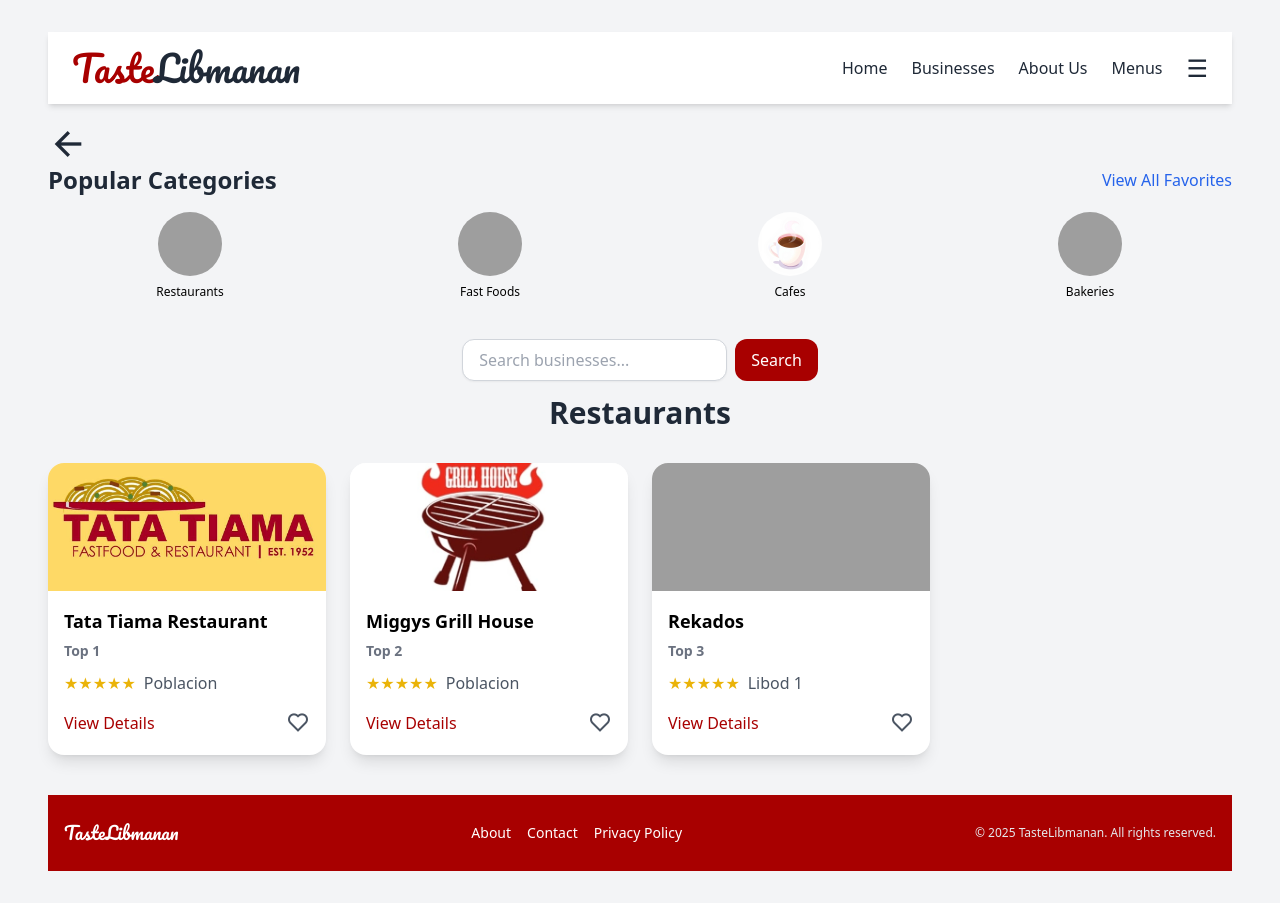
Repository: JomsCode21/Food-Mapping-and-Analytics
Page: http://localhost/tastelibmanan/fbusinessowner/categories.php?cat=restaurants
An editor plug-in stored every save of this project. The page is shown before and after the next save, followed by the edit.
The browser window is 1280 px wide. The pictures show the whole page.
Pictures or frames that could not be fetched are drawn as grey boxes. Some web libraries are served in a nearby version. The page is run by PHP 8.4 with error messages shown; the project is at /var/www/html/. The database holds what the project's SQL file puts in it.

Above is the page before, as saved 2025-07-31 14:53:14.
Console error: ReferenceError: categories is not defined

### fbusinessowner/categories.php
<?php
require_once '../db_con.php';
  // Fetch all businesses
$result = $conn->query("SELECT user_id, fb_name, fb_type, fb_address, fb_photo FROM fb_owner WHERE fb_type != '' AND fb_type IS NOT NULL");

// Group businesses by type
$categories = [
    'Restaurant' => [],
    'Fastfood' => [],
    'Cafe' => [],
    'Bakery' => []
];
foreach ($categories as $key => $value) {
    $categories[$key] = [];
}
while ($row = $result->fetch_assoc()) {
    if (isset($categories[$row['fb_type']])) {
        $categories[$row['fb_type']][] = $row;
    }
}
$cat = isset($_GET['cat']) ? $_GET['cat'] : '';

$category_map = [
    'restaurants' => 'Restaurant',
    'fastfoods' => 'Fastfood',
    'cafes' => 'Cafe',
    'bakery' => 'Bakery'
];

$businesses = [];
if (isset($category_map[$cat])) {
    $type = $category_map[$cat];
    $stmt = $conn->prepare("SELECT fb_name, fb_address, fb_photo, user_id FROM fb_owner WHERE fb_type = ?");
    $stmt->bind_param("s", $type);
    $stmt->execute();
    $result = $stmt->get_result();
    while ($row = $result->fetch_assoc()) {
        $businesses[] = $row;
    }
    $stmt->close();
}
?>

<!DOCTYPE html>
<html lang="en">
<head>
  <meta charset="UTF-8">
  <title>Category</title>
  <script src="https://cdn.tailwindcss.com"></script>
  <!-- Load TailwindCSS -->
  <script src="https://cdn.tailwindcss.com"></script>

  <!-- Tailwind Custom Config -->
  <script>
    tailwind.config = {
      theme: {
        extend: {
          colors: { primary: "#A80000", secondary: "#FF6B00" },
          borderRadius: {
            none: "0px",
            sm: "4px",
            DEFAULT: "8px",
            md: "12px",
            lg: "16px",
            xl: "20px",
            "2xl": "24px",
            "3xl": "32px",
            full: "9999px",
            button: "8px",
          },
        },
      },
    }
  </script>

  <script defer>
  function getCategoryFromUrl() {
    const params = new URLSearchParams(window.location.search);
    return params.get('cat');
  }

  function loadCategory() {
    const category = getCategoryFromUrl();
    const categories = {
      restaurants: {
        title: "Restaurants",

      },
      fastfoods: {
        title: "Fast Foods",

      },
      cafes: {
        title: "Cafes",

      },
      bakery: {
        title: "Bakeries",

      }
    };

    const data = categories[category];

    if (data) {
      document.getElementById('category-title').textContent = data.title;
      const container = document.getElementById('business-list');
      container.innerHTML = ""; // Clear previous content

      data.businesses.forEach(business => {
        const card = `
          <div class="bg-white shadow-lg rounded-lg overflow-hidden hover:shadow-xl transition-shadow duration-300">
            <img src="${business.image}" alt="${business.name}" class="w-full h-32 object-cover">
            <div class="p-4">
              <h4 class="font-semibold text-lg">${business.name}<br>${business.rank ? business.rank : ''}</h4>
              <div class="flex items-center space-x-2 mt-2">
                <span class="text-yellow-500">★★★★★</span>
                <span class="text-gray-600">${business.location}</span>
              </div>
              <div class="flex justify-between items-center mt-3">
                <a href="businessdetails.html?name=${encodeURIComponent(business.name)}" class="text-primary transition-transform duration-200 hover:scale-110">View Details</a>
                <!-- Heart Icon -->
                <button class="favorite-btn text-gray-600 hover:text-red-500">
                  <i class="ri-heart-line text-2xl"></i>
                </button>
              </div>
            </div>
          </div>
        `;
        container.innerHTML += card;
      });

      // Heart click functionality
      const heartButtons = document.querySelectorAll('.favorite-btn');
      heartButtons.forEach(button => {
        button.addEventListener('click', function () {
          const heartIcon = this.querySelector('i');
          if (heartIcon.classList.contains('ri-heart-line')) {
            heartIcon.classList.remove('ri-heart-line');
            heartIcon.classList.add('ri-heart-fill');
            heartIcon.style.color = 'red'; // Change color to red when filled
          } else {
            heartIcon.classList.remove('ri-heart-fill');
            heartIcon.classList.add('ri-heart-line');
            heartIcon.style.color = ''; // Revert color to default
          }
        });
      });

    } else {
      document.getElementById('category-title').textContent = "Please select a category icon above";
      document.getElementById('business-list').innerHTML = `<p class="text-center text-gray-600">No businesses found</p>`;
    }
  }
</script>
   <link rel="stylesheet" href="https://cdnjs.cloudflare.com/ajax/libs/remixicon/4.6.0/remixicon.min.css" />

   <script src="https://kit.fontawesome.com/YOUR_KIT_CODE.js" crossorigin="anonymous"></script>

   <!-- Google Fonts -->
   <link rel="preconnect" href="https://fonts.googleapis.com" />
   <link rel="preconnect" href="https://fonts.gstatic.com" crossorigin />
   <link href="https://fonts.googleapis.com/css2?family=Pacifico&display=swap" rel="stylesheet" />
   <link href="https://fonts.googleapis.com/css2?family=Inter:wght@300;400;500;600;700&display=swap" rel="stylesheet"/>

   <!-- Remix Icons -->
   <link rel="stylesheet" href="https://cdnjs.cloudflare.com/ajax/libs/remixicon/4.6.0/remixicon.min.css" />
 </head>

<body class="bg-gray-100 px-6 md:px-12 min-h-screen py-8 flex flex-col">
    <nav class="bg-white shadow-md px-6 py-4 flex items-center justify-between no-margin">
        <h1 class="font-['Pacifico'] text-4xl text-primary">Taste<span class="text-gray-800">Libmanan</span></h1>

        <div class="flex items-center space-x-6">
          <!-- Desktop Links -->
          <div class="hidden md:flex space-x-6">
            <a href="user.html" class="text-gray-800 hover:text-primary">Home</a>
            <a href="categories.html" class="text-gray-800 hover:text-primary">Businesses</a>
            <a href="#" class="text-gray-800 hover:text-primary">About Us</a>
            <a href="landing.html" class="text-gray-800 hover:text-primary">Menus</a>
          </div>

          <!-- Hamburger Menu -->
          <div class="relative">
            <button id="hamburger-btn" class="text-gray-800 text-2xl focus:outline-none hover:text-red-500">
              ☰
            </button>

            <!-- Mobile Menu -->
            <div id="mobile-menu" class="hidden absolute right-0 mt-2 w-48 bg-white shadow-lg rounded-lg py-2 z-50 opacity-0 visibility-hidden transition-all duration-300 ease-in-out">
              <a href="user.html" class="block px-4 py-2 text-gray-800 hover:bg-primary hover:text-white">Home</a>
              <a href="categories.html" class="block px-4 py-2 text-gray-800 hover:bg-primary hover:text-white">Businesses</a>
              <a href="#" class="block px-4 py-2 text-gray-800 hover:bg-primary hover:text-white">About Us</a>
              <a href="#" class="block px-4 py-2 text-gray-800 hover:bg-primary hover:text-white">Menus</a>
<a href="../logout.php" class="block px-4 py-2 text-gray-800 hover:bg-primary hover:text-white">Logout</a>            </div>
          </div>
        </div>
     </nav>
     <br>


     <a href="../users/user.php" class="text-gray-800 hover:text-primary">
      <i class="ri-arrow-left-line text-2xl" style="font-size: 40px;"></i>
  </a>

    <!-- Hamburger Menu Script -->
<script>
    const btn = document.getElementById('hamburger-btn');
    const menu = document.getElementById('mobile-menu');
    const menuItems = menu.querySelectorAll('a');

    btn.addEventListener('click', (event) => {
      event.stopPropagation();
      if (menu.classList.contains('hidden')) {
        menu.classList.remove('hidden');
        menu.classList.remove('opacity-0', 'visibility-hidden');
        menu.classList.add('opacity-100', 'visibility-visible');
      } else {
        menu.classList.remove('opacity-100', 'visibility-visible');
        menu.classList.add('opacity-0', 'visibility-hidden');
        setTimeout(() => {
          menu.classList.add('hidden');
        }, 300);
      }
    });

    document.addEventListener('click', (event) => {
      if (!menu.contains(event.target) && !btn.contains(event.target)) {
        menu.classList.remove('opacity-100', 'visibility-visible');
        menu.classList.add('opacity-0', 'visibility-hidden');
        setTimeout(() => {
          menu.classList.add('hidden');
        }, 300);
      }
    });

    menuItems.forEach(item => {
      item.addEventListener('click', (event) => {
        event.stopPropagation();
        menu.classList.remove('opacity-100', 'visibility-visible');
        menu.classList.add('opacity-0', 'visibility-hidden');
        setTimeout(() => {
          menu.classList.add('hidden');
        }, 300);
      });
    });
  </script>

</head>
<body>
  <div class="flex justify-between items-center mb-4">
    <h2 class="text-2xl font-bold text-gray-800">Popular Categories</h2>
    <button onclick="showFavorites()" class="text-blue-600 hover:underline font-medium">View All Favorites</button>
  </div>


    <!-- Main page -->
<div class="grid grid-cols-4 gap-4">
<a href="categories.php?cat=restaurants"class="text-center transform transition-transform duration-300 hover:scale-150">
<div class="w-16 h-16 mx-auto rounded-full overflow-hidden bg-gray-100 mb-2">
  <img src="../vendors/imgsource/restaurants.jpg" alt="Restaurants" class="w-full h-full object-cover">
</div>
<p class="text-xs">Restaurants</p>
</a>

<a href="categories.php?cat=fastfoods"class="text-center transform transition-transform duration-300 hover:scale-150">
<div class="w-16 h-16 mx-auto rounded-full overflow-hidden bg-gray-100 mb-2">
  <img src="../vendors/imgsource/fastfoods.jpg" alt="Fast Foods" class="w-full h-full object-cover">
</div>
<p class="text-xs">Fast Foods</p>
</a>

<a href="categories.php?cat=cafes" class="text-center transform transition-transform duration-300 hover:scale-150">
<div class="w-16 h-16 mx-auto rounded-full overflow-hidden bg-gray-100 mb-2">
  <img src="../vendors/imgsource/cafes.jpg" alt="Cafes" class="w-full h-full object-cover">
</div>
<p class="text-xs">Cafes</p>
</a>

<a href="categories.php?cat=bakery" class="text-center transform transition-transform duration-300 hover:scale-150">
<div class="w-16 h-16 mx-auto rounded-full overflow-hidden bg-gray-100 mb-2">
  <img src="../vendors/imgsource/bakeries.jpg" alt="Bakery" class="w-full h-full object-cover">
</div>
<p class="text-xs">Bakeries</p>
</a>
</div>
<br>
<!-- Search Bar -->
<div class="mb-6 max-w-lg mx-auto" style="margin-top: 15px; margin-bottom: -10px;">
  <div class="flex">
    <input
      type="text"
      id="search-bar"
      placeholder="Search businesses..."
      class="w-full px-4 py-2 bg-white border border-gray-300 rounded-md shadow-sm focus:outline-none focus:ring-2 focus:ring-primary"
      oninput="filterBusinesses()"
    />
    <button
      id="search-button"
      class="ml-2 px-4 py-2 bg-primary text-white font-medium rounded-md hover:scale-105 transition-transform duration-200"
    >
      Search
    </button>
  </div>
</div>


<br>
  <div class="text-center mb-8">
  <h1 id="category-title" class="text-3xl font-bold text-gray-800">
    <?php
      echo isset($category_map[$cat]) ? htmlspecialchars(ucfirst($cat)) : "Please select a category icon above";
    ?>
  </h1>
</div>

<div id="business-list" class="grid grid-cols-2 sm:grid-cols-3 md:grid-cols-4 gap-6">
  <?php
  if (!empty($businesses)):
    $count = 0;
    foreach ($businesses as $biz):
      $count++;
  ?>
    <div class="bg-white shadow-lg rounded-lg overflow-hidden hover:shadow-xl transition-shadow duration-300">
      <img
        src="<?php echo htmlspecialchars($biz['fb_photo'] ?: '../imgsource/default.jpg'); ?>"
        alt="<?php echo htmlspecialchars($biz['fb_name']); ?>"
        class="w-full h-32 object-cover"
      >
      <div class="p-4">
        <h4 class="font-semibold text-lg">
          <?php echo htmlspecialchars($biz['fb_name']); ?>
          <?php if($count <= 3): ?>
            <br><span class="text-sm text-gray-500">Top <?php echo $count; ?></span>
          <?php endif; ?>
        </h4>
        <div class="flex items-center space-x-2 mt-2">
          <span class="text-yellow-500">★★★★★</span>
          <span class="text-gray-600"><?php echo htmlspecialchars($biz['fb_address']); ?></span>
        </div>
        <div class="flex justify-between items-center mt-3">
          <a
            href="businessdetails.php?user_id=<?php echo urlencode($biz['user_id']); ?>"
            class="text-primary transition-transform duration-200 hover:scale-110"
          >
            View Details
          </a>
          <button class="favorite-btn text-gray-600 hover:text-red-500">
            <i class="ri-heart-line text-2xl"></i>
          </button>
        </div>
      </div>
    </div>
  <?php
    endforeach;
  elseif(isset($category_map[$cat])):
  ?>
    <p class="text-center text-gray-600 col-span-4">No businesses found in this category</p>
  <?php endif; ?>
</div>

  </div>
<footer class="bg-primary text-white mt-10 px-4 py-6">
  <div class="max-w-7xl mx-auto flex flex-col md:flex-row justify-between items-center space-y-4 md:space-y-0">
      <h1 class="font-['Pacifico'] text-lg">
        Taste<span class="text-white font-light">Libmanan</span>
      </h1>
      <div class="flex space-x-4 text-sm">
        <a href="#" class="hover:underline">About</a>
        <a href="#" class="hover:underline">Contact</a>
        <a href="#" class="hover:underline">Privacy Policy</a>
      </div>
      <p class="text-xs text-gray-200">&copy; 2025 TasteLibmanan. All rights reserved.</p>
    </div>
  </footer>
  <!-- Favorites Modal Overlay -->
<div id="favoritesModal" class="fixed inset-0 bg-black bg-opacity-50 hidden items-center justify-center z-50">
  <div class="bg-white rounded-lg shadow-lg w-11/12 max-w-md p-6 relative">
    <button onclick="hideFavorites()" class="absolute top-2 right-2 text-gray-500 hover:text-black">
      <i class="ri-close-line text-2xl"></i>
    </button>
    <h3 class="text-xl font-bold mb-4">Your Favorite Businesses</h3>
    <ul id="favoritesList" class="space-y-2 max-h-60 overflow-y-auto">
      <!-- Favorites will be listed here -->
    </ul>
  </div>
</div>

<script>
  const favoriteBusinesses = [];

  function getCategoryFromUrl() {
    const params = new URLSearchParams(window.location.search);
    return params.get('cat');
  }
    const data = categories[category];

    if (data) {
      document.getElementById('category-title').textContent = data.title;
      const container = document.getElementById('business-list');
      container.innerHTML = "";

      data.businesses.forEach(business => {
        const card = `
          <div class="bg-white shadow-lg rounded-lg overflow-hidden hover:shadow-xl transition-shadow duration-300">
            <img src="${business.image}" alt="${business.name}" class="w-full h-32 object-cover">
            <div class="p-4">
              <h4 class="font-semibold text-lg">${business.name}</h4>
              <div class="flex items-center space-x-2 mt-2">
                <span class="text-yellow-500">★★★★★</span>
                <span class="text-gray-600">${business.location}</span>
              </div>
              <div class="flex justify-between items-center mt-3">
                <a href="businessdetails.html?name=${encodeURIComponent(business.name)}" class="text-primary transition-transform duration-200 hover:scale-110">View Details</a>
                <button class="favorite-btn text-gray-600 hover:text-red-500">
                  <i class="ri-heart-line text-2xl"></i>
                </button>
              </div>
            </div>
          </div>
        `;
        container.innerHTML += card;
      });

      const heartButtons = document.querySelectorAll('.favorite-btn');
      heartButtons.forEach(button => {
        button.addEventListener('click', function () {
          const heartIcon = this.querySelector('i');
          const card = this.closest('.bg-white');
          const name = card.querySelector('h4').textContent.trim();
          const location = card.querySelector('span.text-gray-600').textContent;
          const image = card.querySelector('img').src;

          if (heartIcon.classList.contains('ri-heart-line')) {
            heartIcon.classList.remove('ri-heart-line');
            heartIcon.classList.add('ri-heart-fill');
            heartIcon.style.color = 'red';

            if (!favoriteBusinesses.some(b => b.name === name)) {
              favoriteBusinesses.push({ name, location, image });
            }
          } else {
            heartIcon.classList.remove('ri-heart-fill');
            heartIcon.classList.add('ri-heart-line');
            heartIcon.style.color = '';

            const index = favoriteBusinesses.findIndex(b => b.name === name);
            if (index !== -1) favoriteBusinesses.splice(index, 1);
          }
        });
      });
    } else {
      document.getElementById('category-title').textContent = "Please select a category icon above";
      document.getElementById('business-list').innerHTML = `<p class="text-center text-gray-600">No businesses found</p>`;
    }


  function showFavorites() {
    const modal = document.getElementById('favoritesModal');
    const list = document.getElementById('favoritesList');
    list.innerHTML = '';

    if (favoriteBusinesses.length === 0) {
      list.innerHTML = '<li class="text-gray-600">No favorites added yet.</li>';
    } else {
      favoriteBusinesses.forEach(biz => {
        const item = document.createElement('li');
        item.innerHTML = `
          <div class="flex items-center space-x-3">
            <img src="${biz.image}" alt="${biz.name}" class="w-12 h-12 object-cover rounded">
            <div>
              <p class="font-semibold">${biz.name}</p>
              <p class="text-sm text-gray-500">${biz.location}</p>
            </div>
          </div>
        `;
        list.appendChild(item);
      });
    }

    modal.classList.remove('hidden');
    modal.classList.add('flex');
  }

  function hideFavorites() {
    const modal = document.getElementById('favoritesModal');
    modal.classList.remove('flex');
    modal.classList.add('hidden');
  }
</script>
<script>
  document.addEventListener('DOMContentLoaded', function() {
    // Refresh the page when coming back from cache
    window.addEventListener('pageshow', function(event) {
        if (event.persisted) {
            window.location.reload();
        }
    });
});
function refreshCategories() {
    const currentCategory = getCategoryFromUrl();
    if (currentCategory) {
        window.location.href = `categories.php?cat=${currentCategory}`;
    } else {
        window.location.reload();
    }
}

// Add this to your existing filterBusinesses function
function filterBusinesses() {
    const searchTerm = document.getElementById('search-bar').value.toLowerCase();
    const businessCards = document.querySelectorAll('#business-list > div');

    businessCards.forEach(card => {
        const businessName = card.querySelector('h4').textContent.toLowerCase();
        const businessAddress = card.querySelector('.text-gray-600').textContent.toLowerCase();

        if (businessName.includes(searchTerm) || businessAddress.includes(searchTerm)) {
            card.style.display = '';
        } else {
            card.style.display = 'none';
        }
    });
}
</script>
</body>
</html>

### TASTELIBMANAN.sql (the tables this page reads)
CREATE TABLE `fb_owner` (
  `fbowner_id` int(100) NOT NULL,
  `user_id` int(11) DEFAULT NULL,
  `fb_name` varchar(255) NOT NULL,
  `fb_type` varchar(255) NOT NULL,
  `fb_description` text NOT NULL,
  `fb_phone_number` varchar(255) NOT NULL,
  `fb_email_address` varchar(255) NOT NULL,
  `fb_operating_hours` varchar(255) NOT NULL,
  `fb_address` text NOT NULL,
  `fb_photo` varchar(255) DEFAULT NULL,
  `fb_latitude` varchar(255) DEFAULT NULL,
  `fb_longitude` varchar(255) DEFAULT NULL,
  `fb_status` varchar(255) DEFAULT NULL
) ENGINE=InnoDB DEFAULT CHARSET=utf8mb4 COLLATE=utf8mb4_general_ci;

INSERT INTO `fb_owner` (`fbowner_id`, `user_id`, `fb_name`, `fb_type`, `fb_description`, `fb_phone_number`, `fb_email_address`, `fb_operating_hours`, `fb_address`, `fb_photo`, `fb_latitude`, `fb_longitude`, `fb_status`) VALUES
(36, 39, '8 tea trip cafe', 'Cafe', 'ugh siram', '09123456789', '8teatripcafe@gmail.com', '4pm-5am', 'Poblacion', '../uploads/business_photo/8_tea_trip_cafe/68c4f1e512d95_8teatripcafe.jpg', '13.692872', '123.060088', 'open'),
(37, 38, 'Liter\'s Cafe', 'Cafe', 'sarap', '09123456789', 'liters@gmail.com', '9am-9pm', 'Poblacion', '../uploads/business_photo/688dbc9075204_liters.jpg', NULL, NULL, 'open'),
(38, 41, 'Bigbrew', 'Cafe', 'Brewed coffee', '09123456789', 'bigbrew@gmail.com', '8am - 10pm', 'Poblacion', '../uploads/business_photo/68ba31eabe4b6_bigbrew.png', '13.6930549', '123.0612091', 'open'),
(39, 42, 'Tata Tiama Restaurant', 'Restaurant', 'Kakanan sa Centro kan Libmanan', '09123456789', 'tiama@gmail.com', '7:00 AM - 7:00 PM', 'Poblacion', '../uploads/business_photo/688de33f5a84e_tatatiama.jpg', NULL, NULL, NULL),
(47, 28, 'Miggys Grill House', 'Restaurant', 'Grill House', '09123456789', 'miggys@gmail.com', '9am-9pm', 'Poblacion', '../uploads/business_photo/6891dd9a6ed35_miggys.jpg', '13.6936579', '123.0601746', 'closed'),
(48, 45, '3N Bakery', 'Bakery', '3n no#1 Bakery in Libmanan', '09123456789', '3n@gmail.com', '7:00 AM - 7:00 PM', 'Poblacion', '../uploads/business_photo/6891d27526d7a_3n.jpg', '13.6793167', '123.0392057', 'open'),
(49, 46, 'Bakers Plaza', 'Bakery', 'Bakers', '09123456789', 'bakersplaza@gmail.com', '7:00 AM - 7:00 PM', 'Libod 1', '../uploads/business_photo/6891d3b00737e_bakersplaza.jpg', '13.6941162', '123.061928', NULL),
(51, 43, 'Rekados', 'Restaurant', 'rekados eatery', '09123456789', 'rekados@gmail.com', '7:00 AM - 10:00 PM', 'Libod 1', '../uploads/business_photo/6891d8e57021a_rekados.jpg', NULL, NULL, 'open'),
(53, 48, 'Kap Oni Samgyupsal House', 'Fastfood', 'Samgyupsalan', '09123456789', 'kaponis@gmail.com', '7:00 AM - 7:00 PM', 'Libod 1', '../uploads/business_photo/6891ea047ce6d_kaponi.jpg', NULL, NULL, 'closed'),
(54, 44, 'Atlantic Bakery', 'Bakery', 'Bakery', '09123456789', 'atlantic@gmail.com', '7:00 AM - 7:00 PM', 'Poblacion', '../uploads/business_photo/6892b4d5d6ef6_atlantic.jpg', '13.6928828', '123.0618173', 'closed');

ALTER TABLE `fb_owner`
  ADD PRIMARY KEY (`fbowner_id`),
  ADD UNIQUE KEY `user_id` (`user_id`),
  ADD KEY `fk_fbowner_user_id` (`user_id`);

ALTER TABLE `fb_owner`
  MODIFY `fbowner_id` int(100) NOT NULL AUTO_INCREMENT, AUTO_INCREMENT=55;

ALTER TABLE `fb_owner`
  ADD CONSTRAINT `fk_fbowner_user_id` FOREIGN KEY (`user_id`) REFERENCES `accounts` (`user_id`) ON DELETE CASCADE ON UPDATE CASCADE;

Loaded but not shown: db_con.php (16 lines, source omitted)

After the next save:
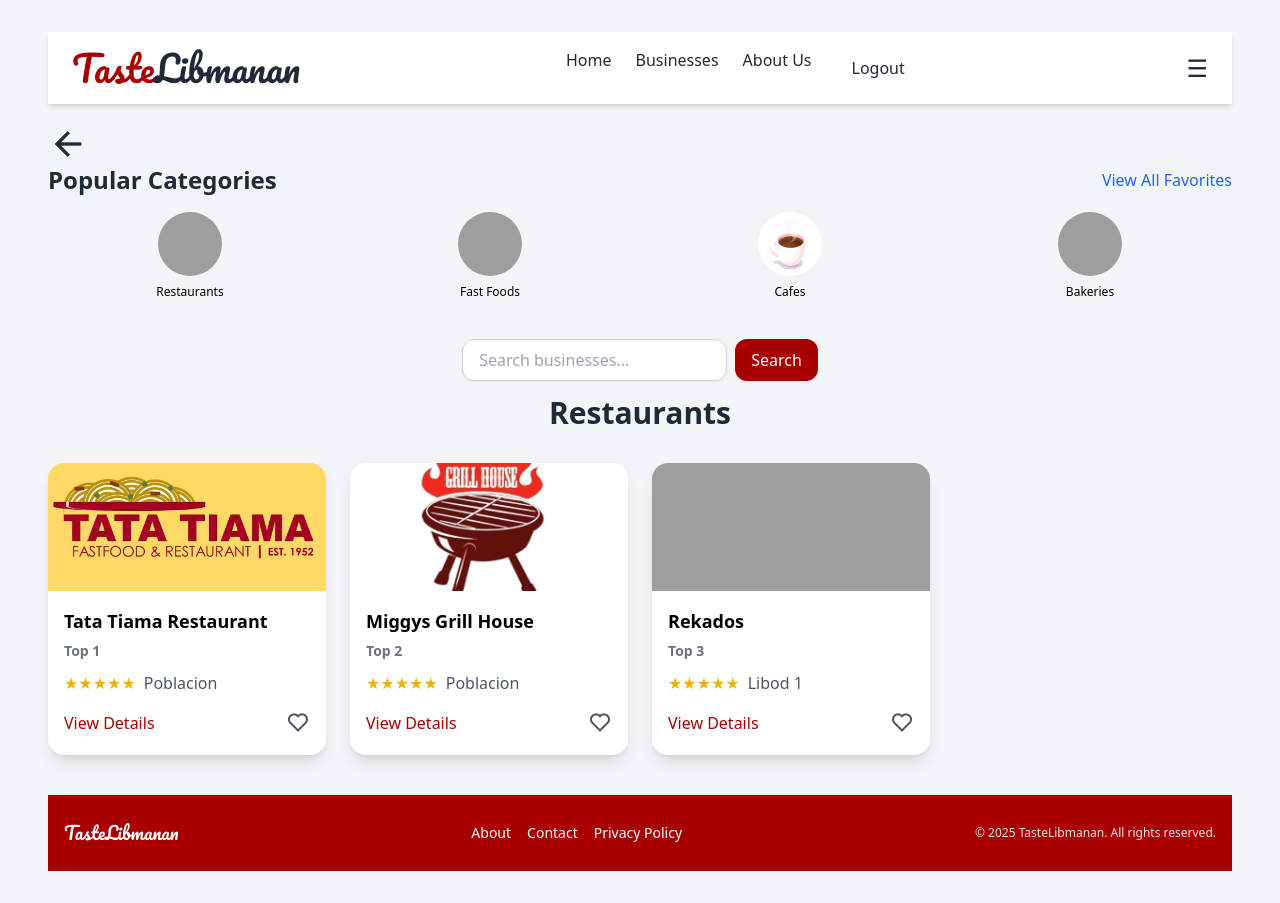
Saved 2 min 3 s later.
--- a/fbusinessowner/categories.php
+++ b/fbusinessowner/categories.php
@@ -177,7 +177,7 @@ if (isset($category_map[$cat])) {
             <a href="user.html" class="text-gray-800 hover:text-primary">Home</a>
             <a href="categories.html" class="text-gray-800 hover:text-primary">Businesses</a>
             <a href="#" class="text-gray-800 hover:text-primary">About Us</a>
-            <a href="landing.html" class="text-gray-800 hover:text-primary">Menus</a>
+<a href="../logout.php" class="block px-4 py-2 text-gray-800 hover:bg-primary hover:text-white">Logout</a>            </div>
           </div>
 
           <!-- Hamburger Menu -->
